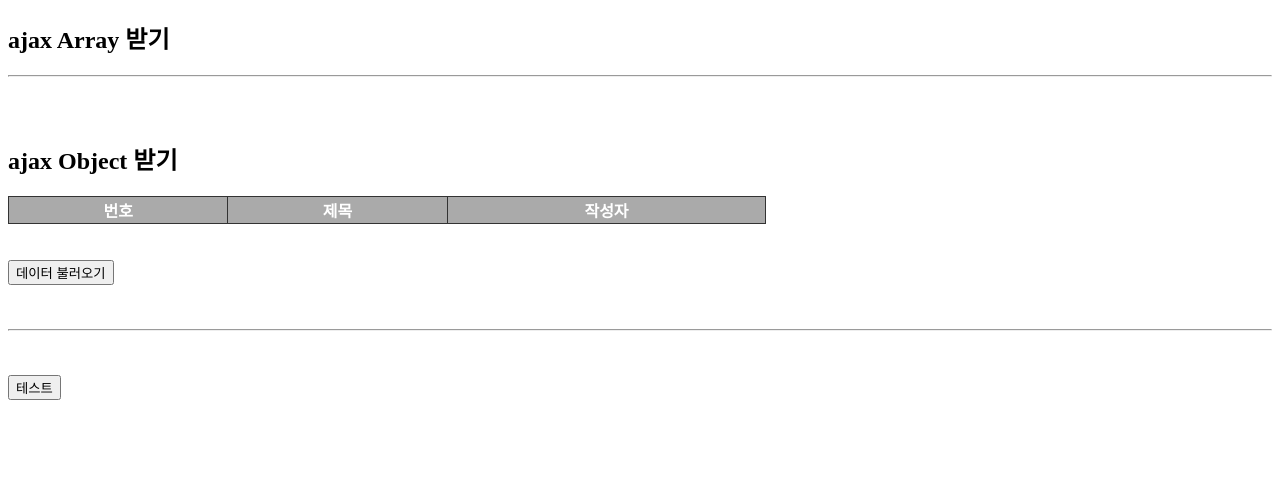
Repository: zhyuk/FullStackStudy
Page: http://localhost/nine/ajaxFile.jsp
These files come from the project's save history. The page is drawn as it stood at one moment and after the next save; the edit follows.
The browser window is 1280 px wide. The pictures show the whole page.
After loading, the first visible `button` was clicked once.
The page is served by Tomcat 9. Queries for data that is not in the repository find no rows.

Above is the page before, as saved 2024-10-16 04:18:43.

After the next save:
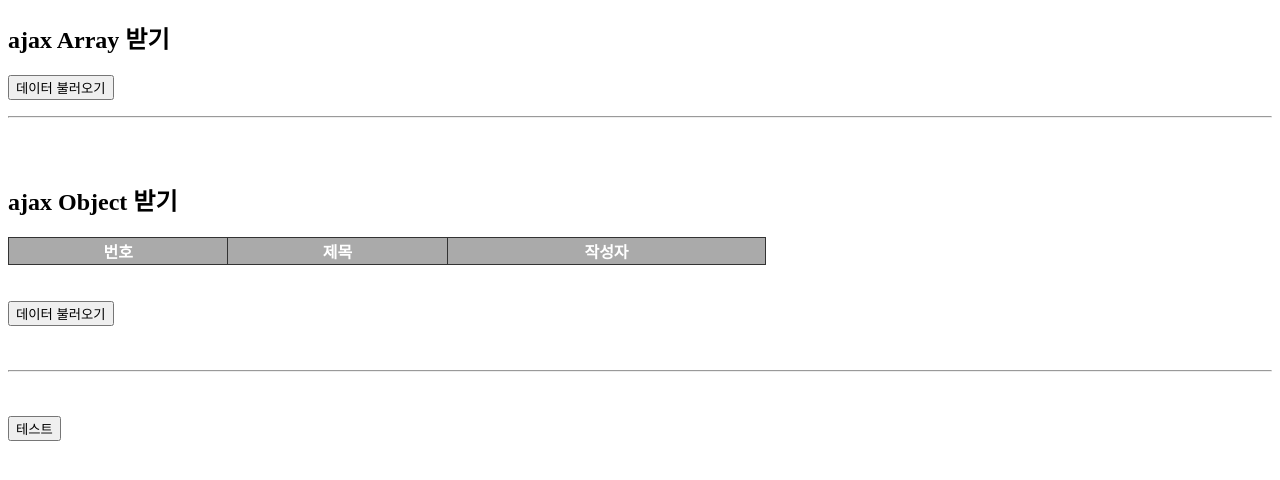
Console error: SyntaxError: missing ) after argument list
Saved 33 s later.
--- a/swork/swork/nine/src/main/webapp/ajaxFile.jsp
+++ b/swork/swork/nine/src/main/webapp/ajaxFile.jsp
@@ -42,14 +42,14 @@
 						console.log("성공");
 						let str = "";
 						$.each(data, function (i, o) {
-// 							str += "[" + i + "] {" + o.seq + "," + o.title + ","
-// 								+ o.writer + "}<br>";
+							str += "[" + i + "] {" + o.seq + "," + o.title + ","
+								+ o.writer + "}<br>";
 
-							str = "[" + i + "] {" + o.seq + "," + o.title + ","
-							+ o.writer + "}";
-						$("#demo1_con").append("<p>" + str + "</p>");
-						});
-// 						$("#demo1_con").html(str);
+// 							str = "[" + i + "] {" + o.seq + "," + o.title + ","
+// 							+ o.writer + "}";
+// 						$("#demo1_con").append("<p>" + str + "</p>");
+// 						});
+						$("#demo1_con").html(str);
 					},
 					error: function (request, status) {
 						alert("오류가 발생했습니다");
